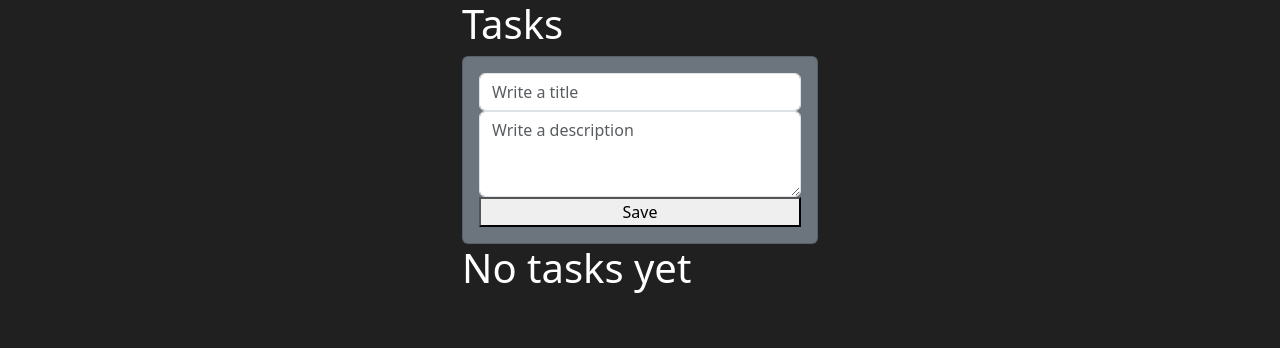
Repository: ChemsJam/django_postgres_todo
Page: http://localhost/tasks/
These files come from the project's save history. The page is drawn as it stood at one moment and after the next save; the edit follows.
The browser window is 1280 px wide. The pictures show the whole page.
The page is served by the project's application, run on Django 5.2 (manage.py). Queries for data that is not in the repository find no rows.

Above is the page before, as saved 2024-08-19 15:49:34.

After the next save:
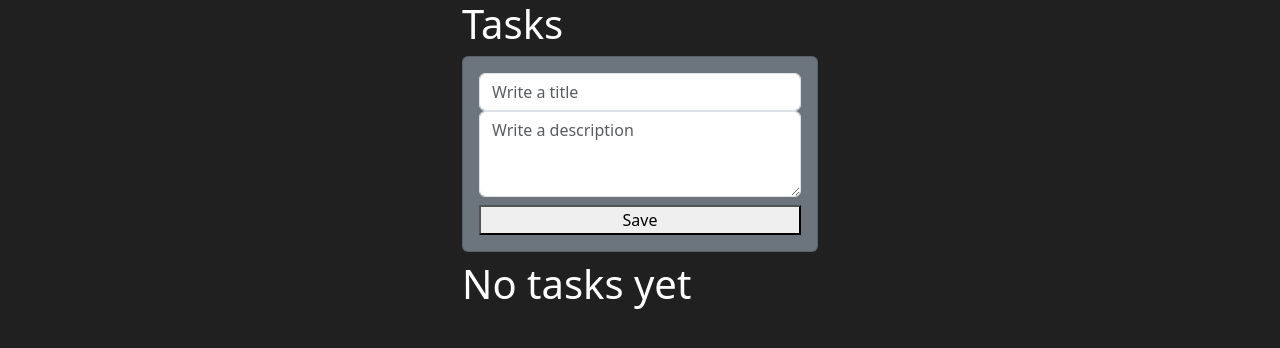
Saved 17 s later.
--- a/tasks/templates/TasksList.html
+++ b/tasks/templates/TasksList.html
@@ -16,11 +16,11 @@
                 <h1>
                     Tasks
                 </h1>
-                <form action={% url 'create_tasks' %} method="POST" class="card card-body bg-secondary">
+                <form action={% url 'create_tasks' %} method="POST" class="card card-body bg-secondary mb-2">
                 {% csrf_token %}
                 <input type="text" name="tittle" placeholder="Write a title" class="form-control">
 
-                <textarea name="description" rows="3" placeholder="Write a description" class="form-control"></textarea>
+                <textarea name="description" rows="3" placeholder="Write a description" class="form-control mb-2"></textarea>
 
                 <button>Save</button>
 
